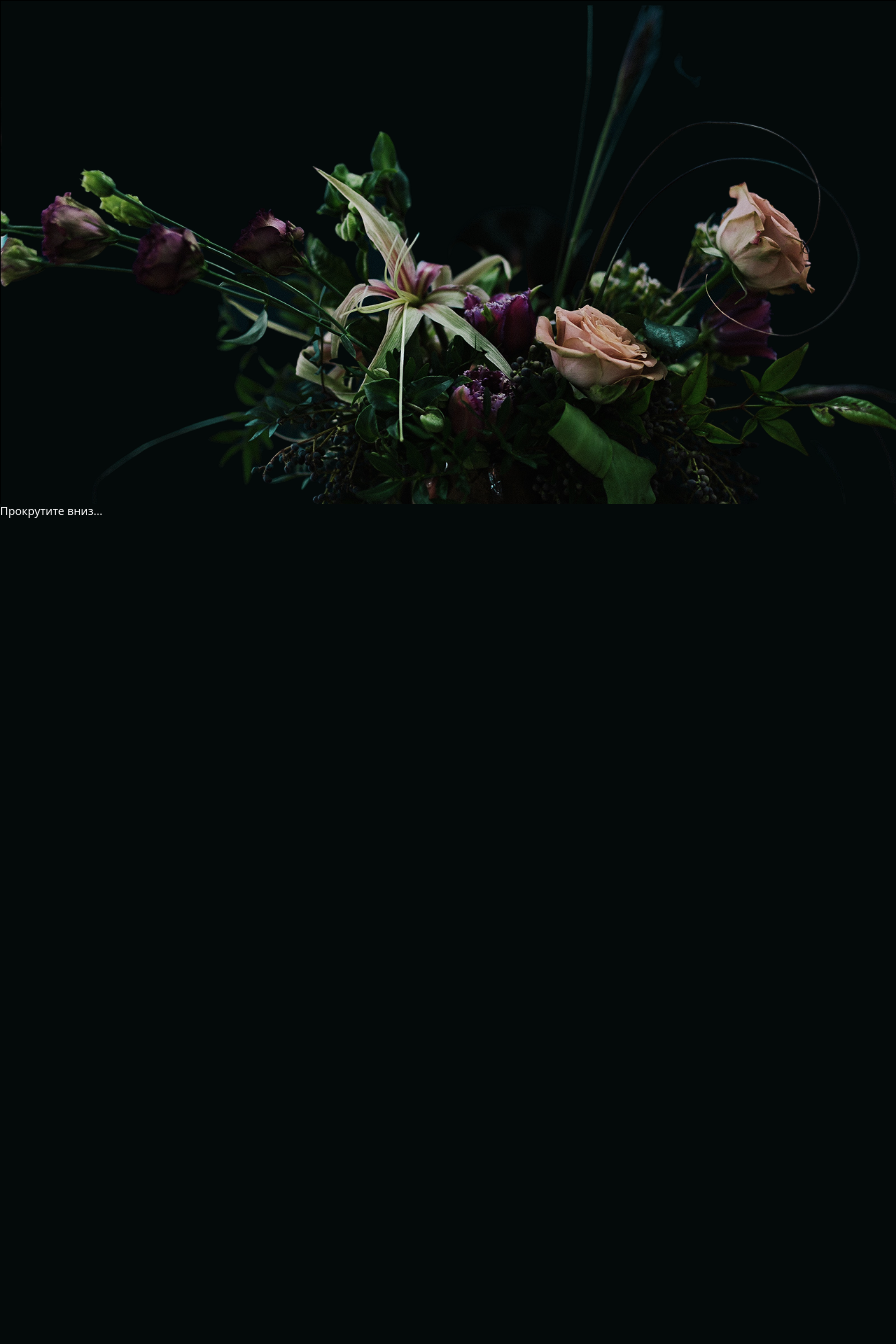
Repository: Excelsi0/Lover_Flower
Page: /
The author's editor kept a copy of each file at every save. The page is drawn from the files as they stood at one save, then again after the next save.
The browser window is 1280 px wide. The pictures show the part of the page from y = 0 to 1920 px (the page is 2720 px tall), at 70% of full size.
The project was rebuilt for these pictures with package versions that can differ from the ones it lists, and the page was loaded fresh each time. Also part of the build but not shown: vite.config.js.

Above is the page before, as saved 2025-06-18 16:21:39.
Console error: TypeError: Cannot read properties of null (reading 'style')

### index.html
<!DOCTYPE html>
<html lang="ru">
    <head>
        <meta charset="UTF-8">
        <meta name="viewport" content="width=device-width, initial-scale=1.0">

        <meta name="author" content="Excelsio">
        <meta name="copyright" content="© 2025 Excelsio">

        <link rel="apple-touch-icon" sizes="180x180"
            href="/src/favicon/apple-touch-icon.png">
        <link rel="icon" type="image/png" sizes="32x32"
            href="/src/favicon/favicon-32x32.png">
        <link rel="icon" type="image/png" sizes="16x16"
            href="/src/favicon/favicon-16x16.png">
        <link rel="manifest" href="src/favicon/site.webmanifest">

        <link rel="preconnect" href="https://fonts.googleapis.com">
        <link rel="preconnect" href="https://fonts.gstatic.com" crossorigin>
        <link
            href="https://fonts.googleapis.com/css2?family=Cormorant:wght@300..700&family=Oswald:wght@200..700&display=swap"
            rel="stylesheet">

        <title>Lover Flower</title>
    </head>
    <body>
        <%- include('src/templates/header.html'); %>
        <%- include('src/templates/header__mobile.html'); %>
        <main>
            <section class="hero">
                <div class="hero__spacer">

                </div>
            </section>

            <div style="height: 2000px;">Прокрутите вниз...</div>
        </main>

        <script type="module" src="/src/js/main.js"></script>

    </body>
</html>

### src/js/main.js
import "/src/sass/style.scss";

// скрипт ИИ для поиска

// const search = document.querySelector(".js-search");
// const openSearchBtn = document.querySelector(".js-search-trigger");
// const closeSearchBtn = document.querySelector(".js-close-search");
// const searchInput = document.querySelector(".search__input");
// const header = document.querySelector(".header");

// // Открытие поиска
// function openSearch() {
//     search.classList.add("active");
//     header.classList.add("search-active");
//     searchInput.focus();
// }

// // Закрытие поиска
// function closeSearch() {
//     search.classList.remove("active");
//     header.classList.remove("search-active");
// }

// // Клик по кнопке открытия
// openSearchBtn.addEventListener("click", (e) => {
//     e.stopPropagation(); // чтобы клик не дошёл до document
//     openSearch();
// });

// // Клик по кнопке закрытия
// closeSearchBtn.addEventListener("click", (e) => {
//     e.stopPropagation();
//     closeSearch();
// });

// // Клик вне блока поиска
// document.addEventListener("click", (e) => {
//     if (!e.target.closest(".search")) {
//         closeSearch();
//     }
// });
const title = document.getElementById("heroTitle");

window.addEventListener("scroll", () => {
    const shrinkPoint = 150;
    const scale = Math.max(0.5, 1 - window.scrollY / shrinkPoint);
    const translateY = Math.min(50, window.scrollY / 3);
    const translateX = 50;

    title.style.transform = `scale(${scale}) translateY(-${translateY}px) translateX(-${translateX}%)`;
});

### src/sass/style.scss
@use "/src/sass/libs/modern-normalize.css";

@use "/src/sass/base/basic.scss";
@use "/src/sass/base/mixins.scss";
@use "/src/sass/base/variables.scss";

@use "/src/sass/ui/logo.scss";

@use "/src/sass/blocks/main/hero.scss";
@use "/src/sass/blocks/header.scss";

### src/sass/base/basic.scss
@use "/src/sass/base/variables.scss" as *;

html {
    background-color: $color-dark;
    color: #fff;
}

a {
    color: #fff;
    text-decoration: none;
}

ul {
    list-style: none;
    padding: 0;
}

.container {
    margin: 0 auto;
    padding: 0 5px;
    max-width: 1100px;
}

### src/sass/base/variables.scss
$color-dark: #040a0a;
$color-mint: #43ffd2;
$color-wine: #7d2253;
$color-pink: #d978ac;
$color-white: #ffffff;

$font-family: "Oswald", sans-serif;
$second-family: "Cormorant", sans-serif;

### src/sass/base/mixins.scss
@mixin fluid-font($min-size, $max-size, $min-width: 320, $max-width: 1440) {
    font-size: clamp(#{$min-size}px, calc(#{$min-size}px + (#{$max-size} - #{$min-size}) * ((100vw - #{$min-width}px) / (#{$max-width} - #{$min-width}))), #{$max-size}px);
}

### src/sass/ui/logo.scss
@use "/src//sass/base/variables.scss" as *;

.logo {
    position: relative;
    font-weight: 300;
    height: 77px;
    font-size: 50px;
    letter-spacing: 0.02em;
    text-transform: uppercase;
    color: #fff;
    font-family: $second-family;
    .l {
        font-size: 60px;
        color: #8a8686;
    }
    .f {
        position: absolute;
        left: 8px;
        top: 14px;
    }
}

### src/sass/blocks/main/hero.scss
@use "/src/sass/base/variables.scss" as *;

.hero {
    position: relative;
    &__title {
        position: absolute;
        top: 0;
        left: 50%;
        font-weight: 300;
        font-size: 50px;
        letter-spacing: 0.1em;
        text-align: center;
        text-transform: uppercase;
        color: #fff;
        font-family: $second-family;

        transition: transform 0.3s ease, font-size 0.3s ease;
    }
    &__spacer {
        height: 100vh;
        background-image: url("/src/image/main/hero__bg.png");
        display: flex;
        align-items: flex-end;
        justify-content: center;
        padding-bottom: 500px;
    }
}

### src/sass/blocks/header.scss
@use "/src/sass/base/variables.scss" as *;

// .header {
//     position: relative;

//     display: flex;
//     justify-content: space-between;
//     align-items: center;
//     gap: clamp(10px, 5vw, 50px);

//     height: 80px;

//     &__menu {
//         display: flex;
//         align-items: center;
//         gap: clamp(10px, 5vw, 50px);
//     }

//     &__link {
//         font-weight: 400;
//         font-size: 14px;
//         letter-spacing: 0.04em;
//         text-transform: uppercase;
//         font-family: $font-family;
//         white-space: nowrap;
//     }

//     &__actions {
//         display: flex;
//         align-items: center;
//         gap: 40px;
//     }

//     &__phone {
//         display: flex;
//         align-items: center;
//         gap: 10px;
//         font-weight: 400;
//         font-size: 14px;
//         letter-spacing: 0.1em;
//         text-transform: uppercase;
//         color: $color-mint;
//         font-family: $font-family;
//     }
//     &__phone_number {
//         display: block;
//     }
//     &__btn {
//         background: none;
//         border: none;
//     }
// }

// .search {
//     position: relative;
//     max-width: 338px;
//     width: auto;

//     &__trigger {
//         display: flex;
//         align-items: center;
//         gap: 10px;
//         background: none;
//         border: none;
//         font-weight: 400;
//         font-size: 14px;
//         letter-spacing: 0.04em;
//         text-transform: uppercase;
//         color: $color-white;
//         font-family: $font-family;
//         cursor: pointer;
//         z-index: 1;
//         white-space: nowrap;
//     }

//     &__overlay {
//         position: absolute;
//         left: 10px;
//         top: 0;
//         height: 100%;
//         display: flex;
//         align-items: center;
//         gap: 10px;
//         width: 0;
//         opacity: 0;
//         pointer-events: none;
//         transition: all 0.3s ease;
//         z-index: 0;

//         &::before {
//             content: "";
//             position: absolute;
//             bottom: -4px;
//             left: -5px;
//             width: 100%;
//             height: 1px;
//             background-color: #555;
//         }
//     }

//     &__input {
//         position: relative;
//         background: transparent;
//         outline: none;
//         width: 100%;
//         border: none;
//         padding-left: 22px;
//         font-weight: 400;
//         font-size: 14px;
//         letter-spacing: 0.04em;
//         text-transform: uppercase;
//         font-family: $font-family;
//         color: $color-white;

//         &::placeholder {
//             font-weight: 300;
//             font-size: 14px;
//             text-transform: capitalize;
//             letter-spacing: 0.02em;
//             color: #7c7c7c;
//         }
//     }

//     &__close {
//         background: none;
//         border: none;
//         font-size: 10px;
//         font-weight: 00;
//         color: #7c7c7c;
//         cursor: pointer;
//     }

//     &.active {
//         .search__overlay {
//             width: clamp(168px, 30vw, 338px);
//             opacity: 1;
//             pointer-events: all;
//             z-index: 2;
//         }
//     }
// }

// .header.search-active {
//     .header__phone {
//         opacity: 0;
//         pointer-events: none;
//         transition: opacity 0.3s ease;
//     }

//     .search__text {
//         opacity: 0;
//         pointer-events: none;
//         transition: opacity 0.3s ease;
//     }
// }

// input[type="search"]::-webkit-search-cancel-button {
//     display: none;
//     -webkit-appearance: none;
// }

// @media screen and (max-width: 1024px) {
//     .header {
//         &__phone_number {
//             display: none;
//         }
//         &__menu {
//             gap: clamp(10px, 3vw, 50px);
//         }
//     }

//     .search {
//         &.active {
//             .search__overlay {
//                 width: clamp(168px, 24vw, 338px);
//             }
//         }
//     }
// }

// @media screen and (max-width: 768px) {
//     .header {
//         display: none;
//     }
// }

.header {
    position: fixed;
    top: 0px;
    width: 100%;
    height: 80px;
    background: black;
    display: flex;
    align-items: center;
    justify-content: center;
    z-index: 100;
}

.header__title-wrapper {
    overflow: hidden;
}

Loaded but not shown: src/sass/libs/modern-normalize.css (common file)

After the next save:
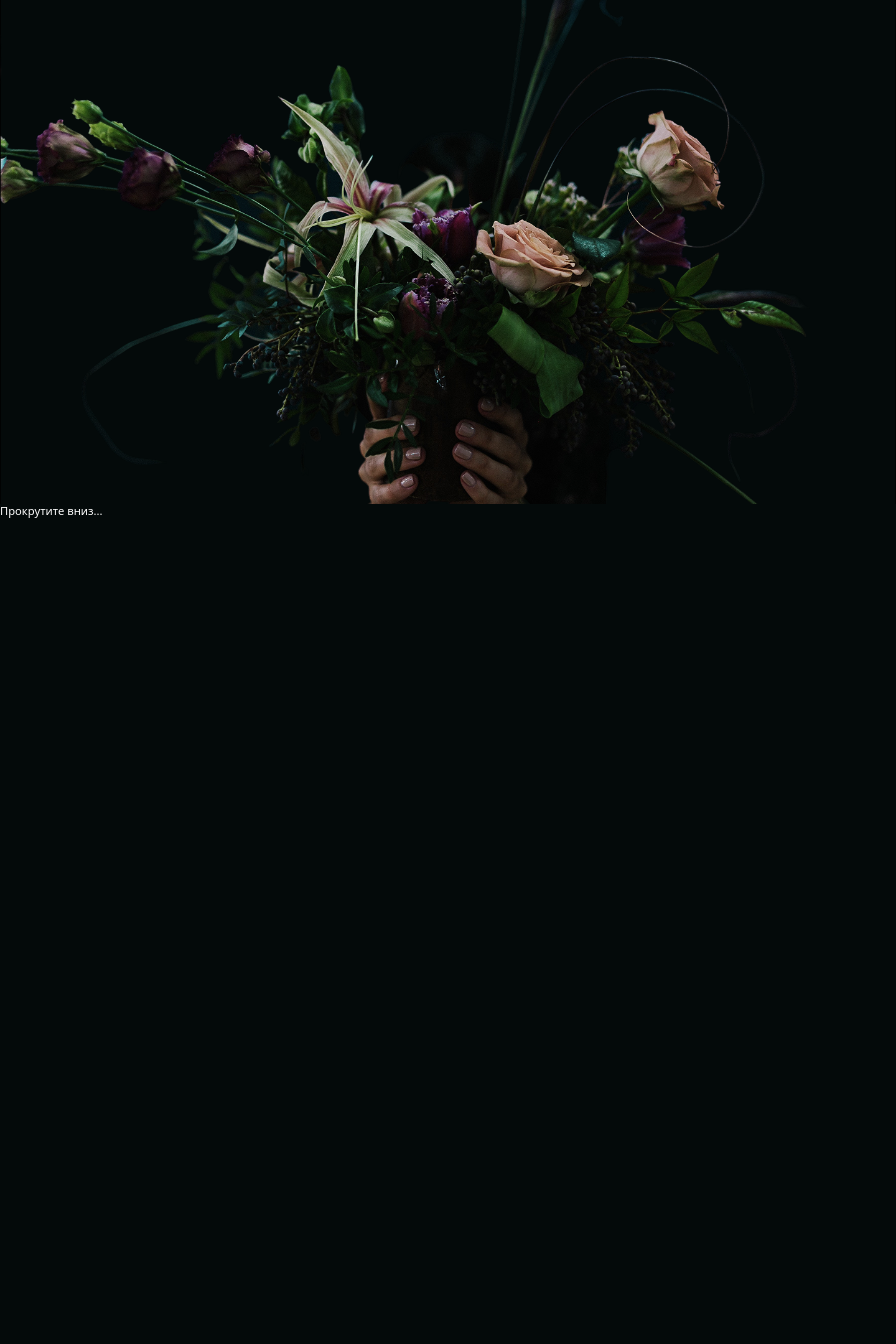
Saved 110 s later.
--- a/src/sass/blocks/main/hero.scss
+++ b/src/sass/blocks/main/hero.scss
@@ -2,10 +2,13 @@
 
 .hero {
     position: relative;
+    height: 100vh; // Важно для правильного позиционирования
+
     &__title {
         position: absolute;
-        top: 0;
+        top: 50%; // Стартовая позиция по вертикали
         left: 50%;
+        transform: translate(-50%, -50%); // Изначальное центрирование
         font-weight: 300;
         font-size: 50px;
         letter-spacing: 0.1em;
@@ -13,15 +16,18 @@
         text-transform: uppercase;
         color: #fff;
         font-family: $second-family;
+        width: 100%; // Чтобы text-align работал правильно
+        padding: 0 20px; // Защита от прилипания к краям
+        box-sizing: border-box;
 
-        transition: transform 0.3s ease, font-size 0.3s ease;
+        transition: transform 0.3s ease;
+        will-change: transform; // Оптимизация анимации
     }
+
     &__spacer {
         height: 100vh;
         background-image: url("/src/image/main/hero__bg.png");
-        display: flex;
-        align-items: flex-end;
-        justify-content: center;
-        padding-bottom: 500px;
+        background-position: center;
+        background-size: cover;
     }
 }

After the 6 saves that followed:
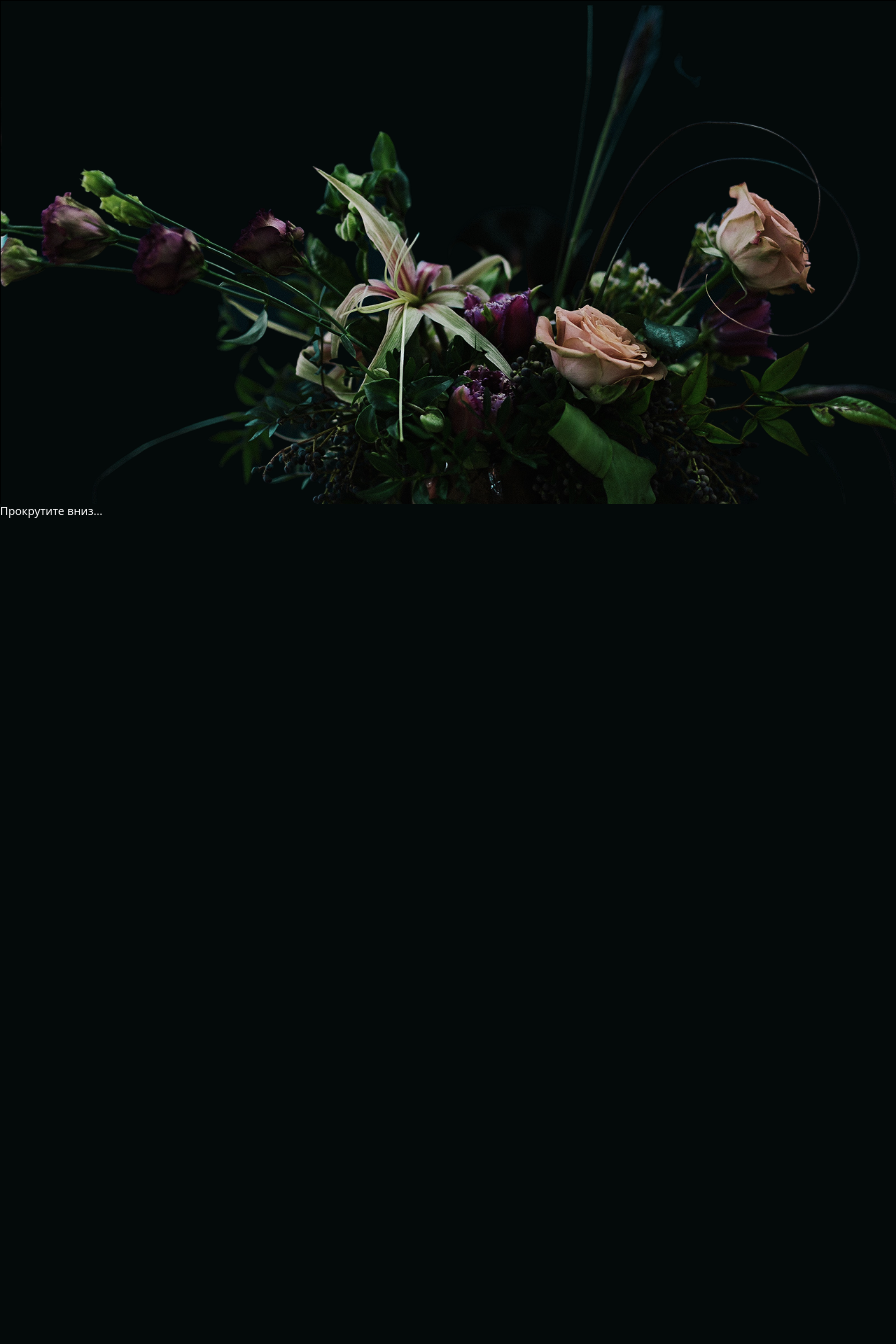
The 6 saves are shown as one change because 5 left the picture as it was.
The last was saved 105 s later.
--- a/src/sass/blocks/main/hero.scss
+++ b/src/sass/blocks/main/hero.scss
@@ -2,13 +2,10 @@
 
 .hero {
     position: relative;
-    height: 100vh; // Важно для правильного позиционирования
-
     &__title {
         position: absolute;
-        top: 50%; // Стартовая позиция по вертикали
+        top: 0;
         left: 50%;
-        transform: translate(-50%, -50%); // Изначальное центрирование
         font-weight: 300;
         font-size: 50px;
         letter-spacing: 0.1em;
@@ -16,18 +13,15 @@
         text-transform: uppercase;
         color: #fff;
         font-family: $second-family;
-        width: 100%; // Чтобы text-align работал правильно
-        padding: 0 20px; // Защита от прилипания к краям
-        box-sizing: border-box;
 
-        transition: transform 0.3s ease;
-        will-change: transform; // Оптимизация анимации
+        transition: transform 0.3s ease, font-size 0.3s ease;
     }
-
     &__spacer {
         height: 100vh;
         background-image: url("/src/image/main/hero__bg.png");
-        background-position: center;
-        background-size: cover;
+        display: flex;
+        align-items: flex-end;
+        justify-content: center;
+        padding-bottom: 500px;
     }
 }
